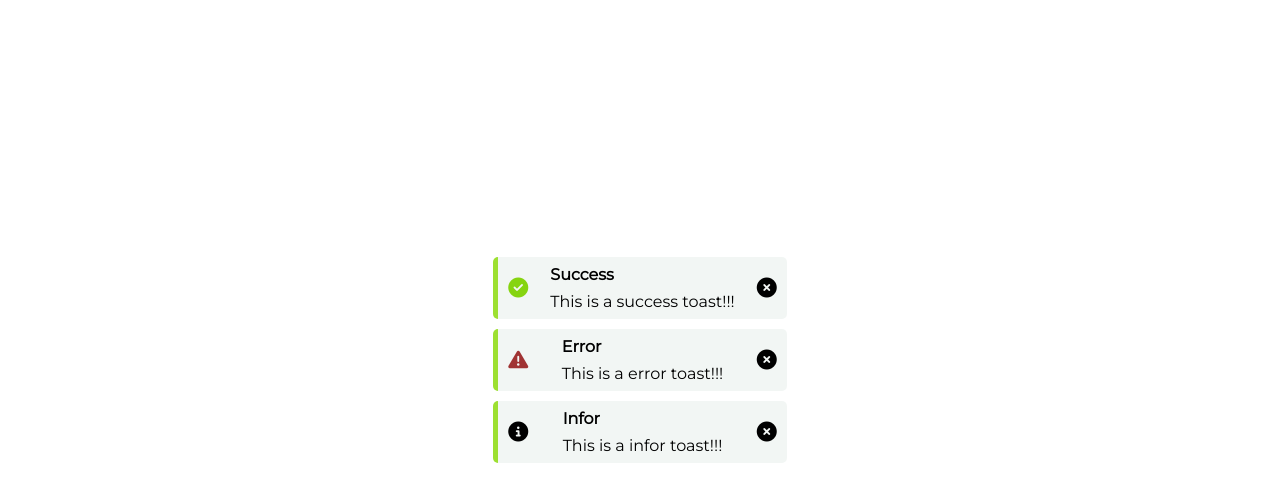
Repository: thuynguyen0964/Toast-Cooler
Page: index.html
An editor plug-in stored every save of this project. The page is shown before and after a run of saves, followed by the edit.
The browser window is 1280 px wide. The pictures show the whole page.

Above is the page before, as saved 2023-01-26 20:31:11.

After the next 3 saves:
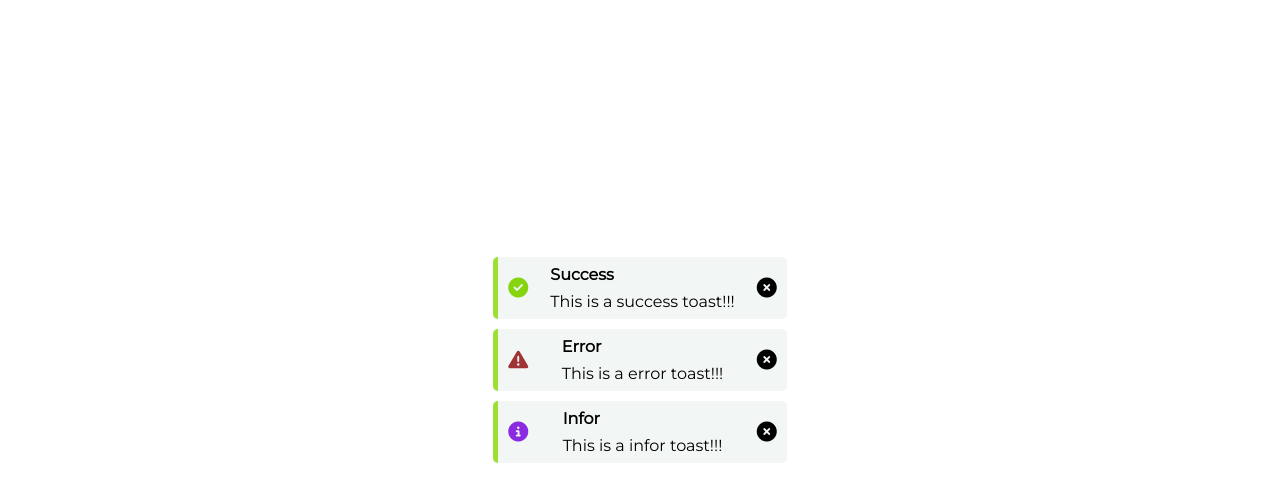
The 3 saves are shown as one change because they came seconds apart.
The last was saved 9 s later.
--- a/app/style.css
+++ b/app/style.css
@@ -42,5 +42,5 @@ body{
     color: #a03333;
 }
 .infor .icon{
-
+    color: blueviolet;
 }
